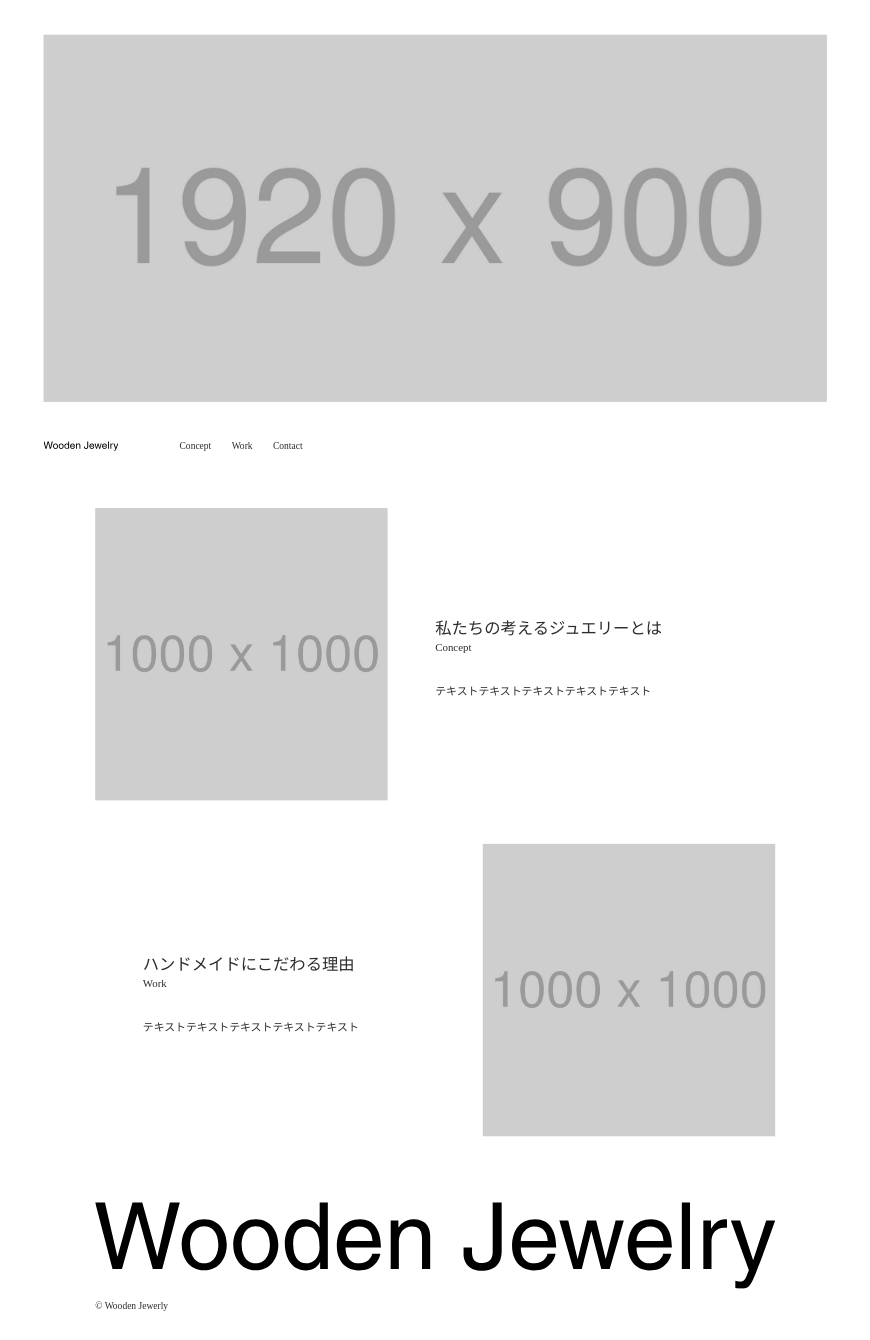
Repository: Fuki-san/jewelry
Page: http://localhost/jewelry
An editor plug-in stored every save of this project. The page is shown before and after a run of saves, followed by the edit.
The browser window is 1280 px wide. The pictures show the whole page, at 68% of full size.
The page is served by the project's Laravel application, run on PHP 8.4 with Laravel 10.

Above is the page before, as saved 2023-11-26 15:05:04.

After the next 2 saves:
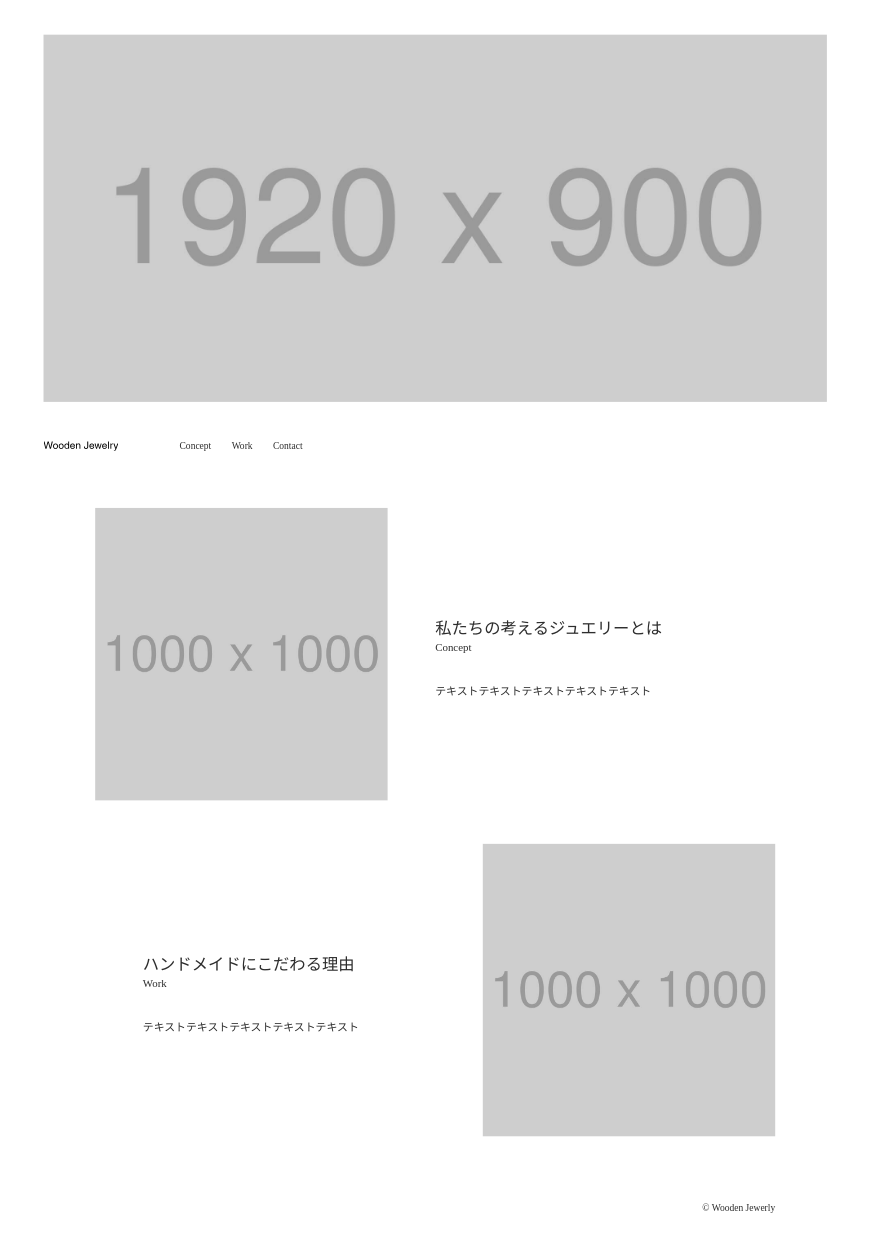
The 2 saves are shown as one change because they came seconds apart.
The last was saved 9 s later.
--- a/resources/views/jewelry.blade.php
+++ b/resources/views/jewelry.blade.php
@@ -44,7 +44,8 @@
 
         <footer id="footer">
             <div class="footer-logo">
-                <img src="img/logo.svg">
+
+            </div>
             <p class="copyright">&copy; Wooden Jewerly</p>
         </footer>
     </div>
